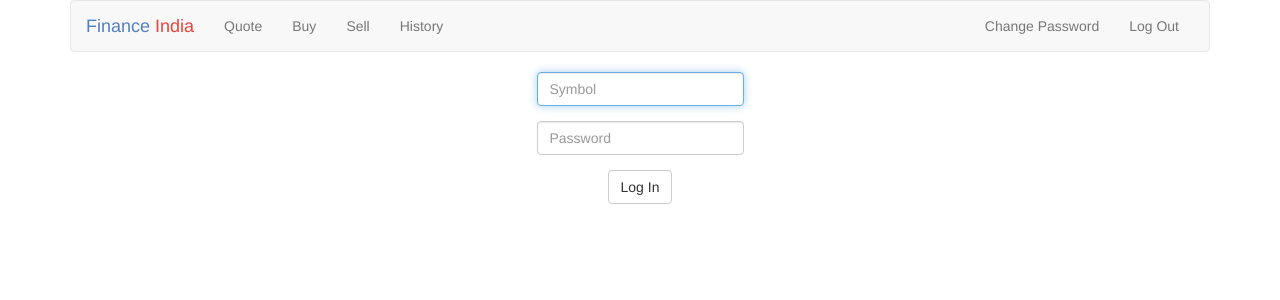
Repository: nipoon777/cs50
Page: http://localhost/quote
The author's editor kept a record of every edit. The page is drawn from the files as they stood at one moment, then again after the next edit.
The browser window is 1280 px wide. The pictures show the whole page.
Some web libraries are served in a nearby version. The page is served by the project's application, run on Flask 3 (pset7/finance/application.py). The session is filled in as if someone had signed in: {"user_id": 1}.

Above is the page before.

After the next edit:
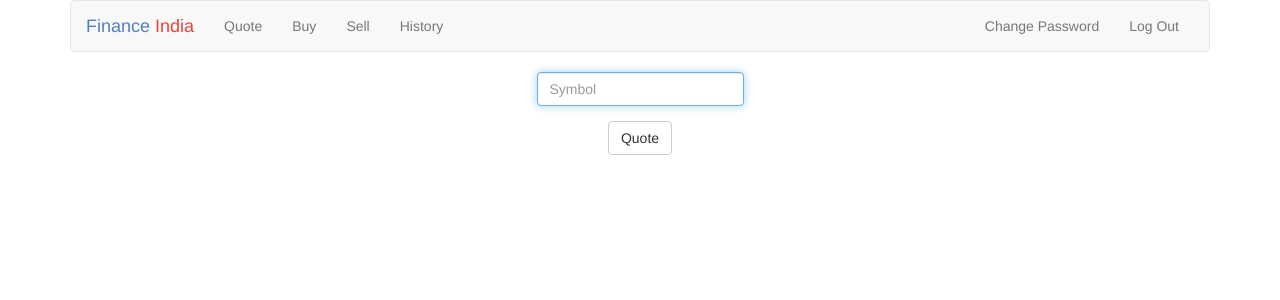
The edit:
--- a/workspace/pset7/finance/templates/quote.html
+++ b/workspace/pset7/finance/templates/quote.html
@@ -10,11 +10,9 @@
             <div class="form-group">
                 <input autocomplete="off" autofocus class="form-control" name="symbol" placeholder="Symbol" type="text"/>
             </div>
+
             <div class="form-group">
-                <input class="form-control" name="password" placeholder="Password" type="password"/>
-            </div>
-            <div class="form-group">
-                <button class="btn btn-default" type="submit">Log In</button>
+                <button class="btn btn-default" type="submit">Quote</button>
             </div>
         </fieldset>
     </form>
